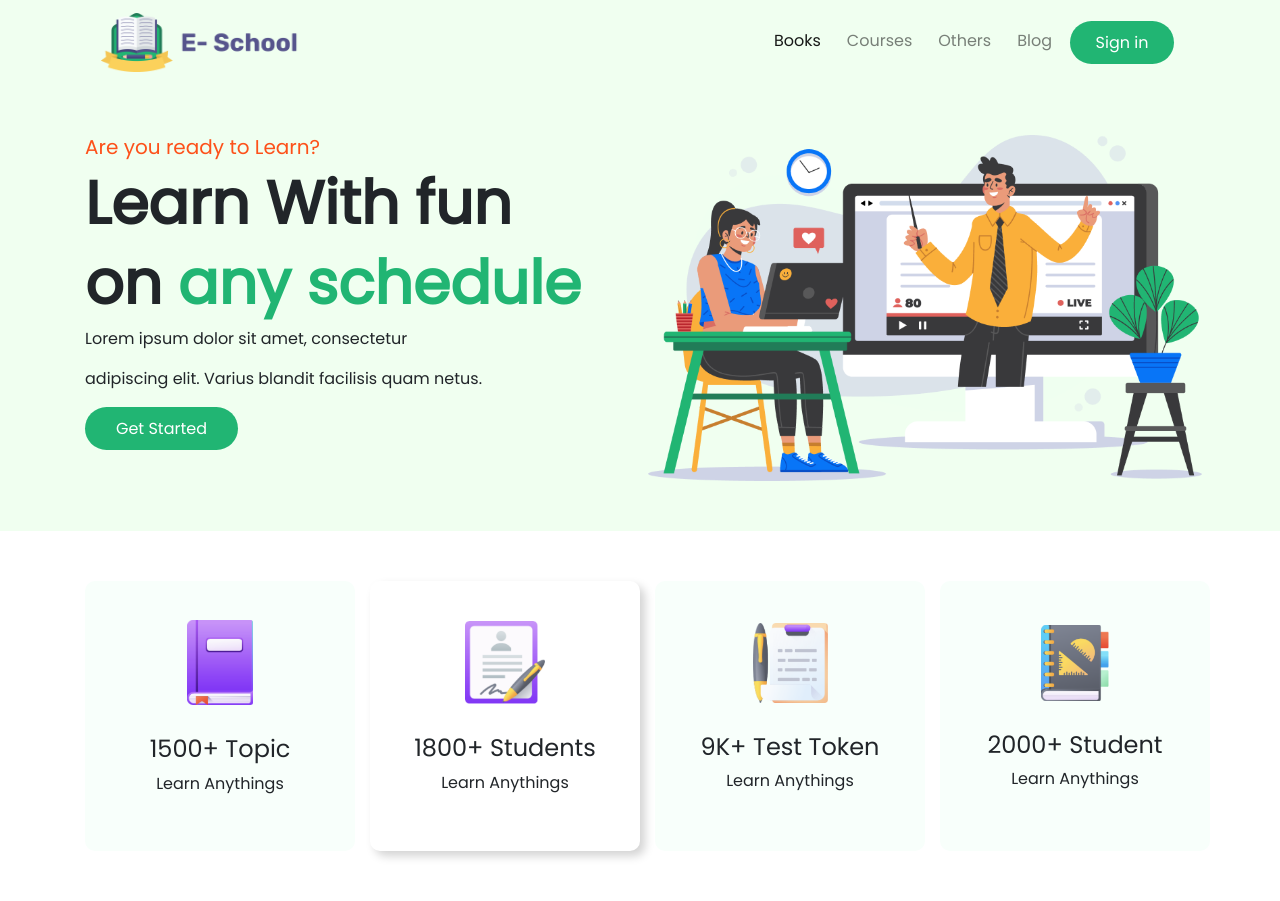
Repository: mohsinfarabi/e-school
Page: index.html
An editor plug-in stored every save of this project. The page is shown before and after the next save, followed by the edit.
The browser window is 1280 px wide. The pictures show the whole page.

Above is the page before, as saved 2020-07-08 18:54:46.

### index.html
<!DOCTYPE html>
<html lang="en">

<head>
    <meta charset="UTF-8">
    <meta name="viewport" content="width=device-width, initial-scale=1.0">
    <link rel="stylesheet" href="css/bootstrap/css/bootstrap.min.css">
    <link rel="stylesheet" href="style.css">
    <link href="https://fonts.googleapis.com/css2?family=Poppins" rel="stylesheet">
    <title>E-School</title>
</head>

<body>
    <section class="top-part">
        <div class="container">
            <nav class="navbar navbar-expand-lg navbar-light bg-transparent">
                <a class="navbar-brand" href="#"><img src="images/icon/Logo.png " alt=" "></a>
                </a>
                <button class="navbar-toggler" type="button" data-toggle="collapse" data-target="#navbarNav" aria-controls="navbarNav" aria-expanded="false" aria-label="Toggle navigation">
                  <span class="navbar-toggler-icon"></span>
                </button>

                <div class="collapse navbar-collapse" id="navbarNav">
                    <ul class="navbar-nav ml-auto">
                        <li class="nav-item active ">
                            <a class="nav-link " href="#books ">Books</a>
                        </li>
                        <li class="nav-item ">
                            <a class="nav-link " href="#courses ">Courses</a>
                        </li>
                        <li class="nav-item ">
                            <a class="nav-link " href="#others ">Others</a>
                        </li>
                        <li class="nav-item ">
                            <a class="nav-link " href="#blog ">Blog</a>
                        </li>
                        <li class="nav-item ">
                            <button class="sign-in">Sign in</button>
                        </li>

                    </ul>
                </div>

            </nav>
        </div>
        <div class="container">
            <div class="row top">
                <div class="col-md-6">

                    <h5>Are you ready to Learn?</h5>
                    <h1>Learn With fun </h1>
                    <h1>on <span class="highlight"> any schedule</span></h1>

                    <p>Lorem ipsum dolor sit amet, consectetur </p>
                    <p>adipiscing elit. Varius blandit facilisis quam netus.</p>

                    <button class="get-started">Get Started</button>

                </div>
                <div class="col-md-6 d-flex justify-content-center">

                    <img src="images/Photos/Illustration.png" alt="">
                </div>
            </div>
        </div>
    </section>

    <div class="container">
        <div class="row">
            <div class="col-md-3">
                <div class="cat1 d-flex flex-column justify-content-center align-items-center">

                    <img src="images/icon/book.png" alt="">

                    <h4>1500+ Topic</h4>
                    <p>Learn Anythings</p>
                </div>
            </div>
            <div class="col-md-3">
                <div class="cat2 d-flex flex-column justify-content-center align-items-center">

                    <img src="images/icon/Student.png" alt="">

                    <h4>1800+ Students</h4>
                    <p>Learn Anythings</p>
                </div>
            </div>
            <div class="col-md-3">
                <div class="cat3 d-flex flex-column justify-content-center align-items-center">

                    <img src="images/icon/Test.png" alt="">

                    <h4>9K+ Test Token</h4>
                    <p>Learn Anythings</p>
                </div>
            </div>
            <div class="col-md-3">
                <div class="cat4 d-flex flex-column justify-content-center align-items-center">

                    <img src="images/icon/Students.png" alt="">

                    <h4>2000+ Student</h4>
                    <p>Learn Anythings</p>

                </div>
            </div>
        </div>
    </div>












    <script src="https://code.jquery.com/jquery-3.5.1.slim.min.js " integrity="sha384-DfXdz2htPH0lsSSs5nCTpuj/zy4C+OGpamoFVy38MVBnE+IbbVYUew+OrCXaRkfj " crossorigin="anonymous "></script>
    <script src="https://cdn.jsdelivr.net/npm/popper.js@1.16.0/dist/umd/popper.min.js " integrity="sha384-Q6E9RHvbIyZFJoft+2mJbHaEWldlvI9IOYy5n3zV9zzTtmI3UksdQRVvoxMfooAo " crossorigin="anonymous "></script>
    <script src="https://stackpath.bootstrapcdn.com/bootstrap/4.5.0/js/bootstrap.min.js " integrity="sha384-OgVRvuATP1z7JjHLkuOU7Xw704+h835Lr+6QL9UvYjZE3Ipu6Tp75j7Bh/kR0JKI " crossorigin="anonymous "></script>
</body>

</html>

### style.css
body {
    font-family: 'Poppins', sans-serif;
}

.container {
    margin-bottom: 50px;
}

.top-part {
    background-color: #F0FFF0;
}

.bg-light {
    background-color: #F0FFF0;
}

.navbar img {
    width: 198.07px;
    height: 59px;
}

.nav-item {
    padding: 5px;
    color: black;
}

.sign-in {
    width: 104px;
    height: 43px;
    border: none;
    background: #21B573;
    border-radius: 33px;
    color: white;
}

.top {
    padding-bottom: 50px;
}

.top h5 {
    color: #FD511A;
}

.top h1 {
    font-weight: 900;
    font-size: 60px;
}

.top img {
    width: 554px;
    height: 346px;
}

.highlight {
    color: #21B573;
}

.get-started {
    width: 153px;
    height: 43px;
    border: none;
    background: #21B573;
    border-radius: 33px;
    color: white;
}

.cat h4 {
    font-weight: 700;
}

.cat1,
.cat2,
.cat3,
.cat4 {
    width: 270px;
    height: 270px;
    padding: 10px 30px;
    border-radius: 10px;
    border: none;
}

.cat2 {
    box-shadow: 5px 5px 10px lightgray;
}

.cat1,
.cat3,
.cat4 {
    background-color: #F8FFFB;
}

.cat1 img {
    width: 66px;
    height: 85px;
    margin-bottom: 30px;
}

.cat2 img {
    width: 80px;
    height: 83px;
    margin-bottom: 30px;
}

.cat3 img {
    width: 75px;
    height: 80px;
    margin-bottom: 30px;
}

.cat4 img {
    width: 68px;
    height: 76px;
    margin-bottom: 30px;
}

Loaded but not shown: css/bootstrap/css/bootstrap.min.css (library)

After the next save:
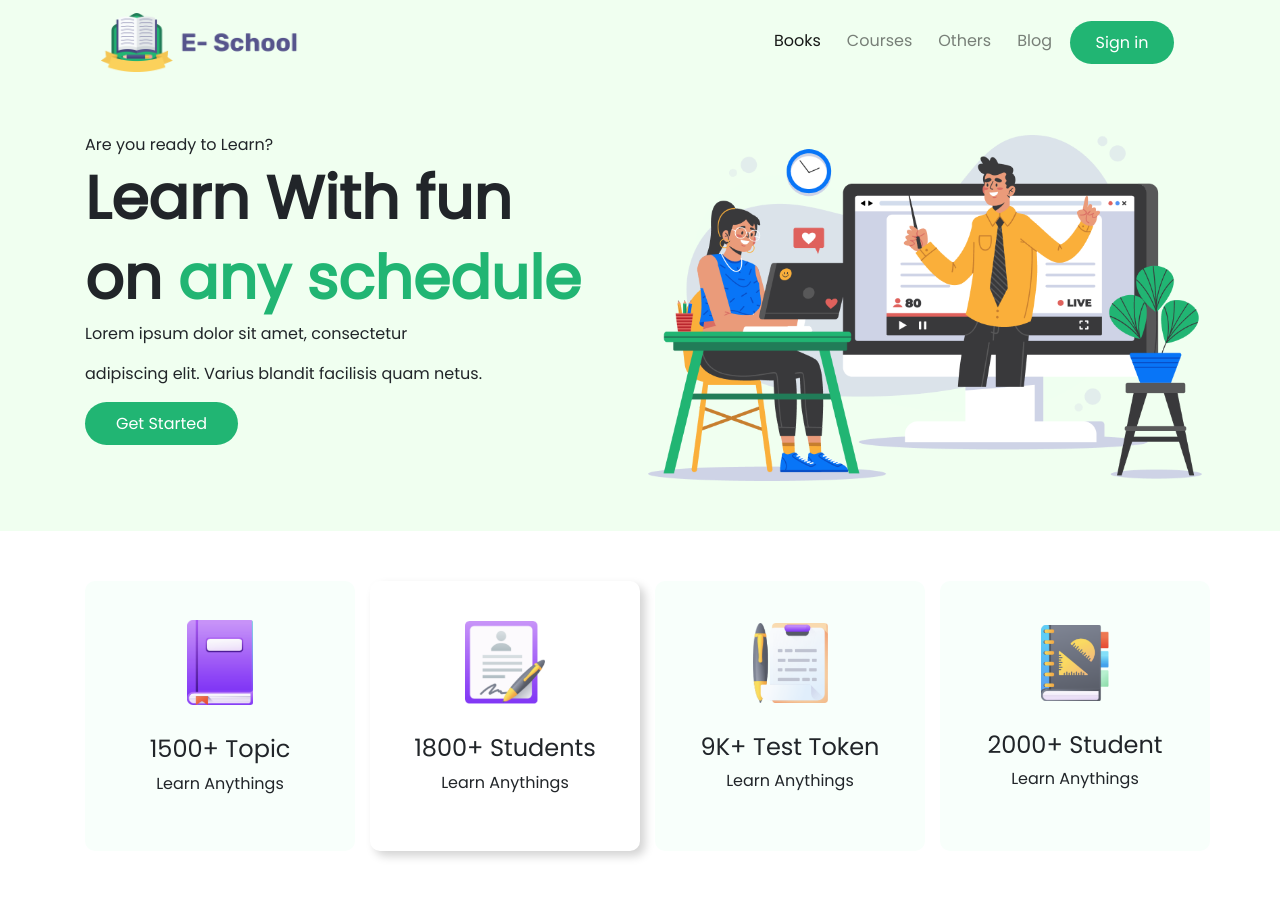
Saved 44 s later.
--- a/index.html
+++ b/index.html
@@ -47,7 +47,7 @@
             <div class="row top">
                 <div class="col-md-6">
 
-                    <h5>Are you ready to Learn?</h5>
+                    <h6>Are you ready to Learn?</h6>
                     <h1>Learn With fun </h1>
                     <h1>on <span class="highlight"> any schedule</span></h1>
 

After the save that followed:
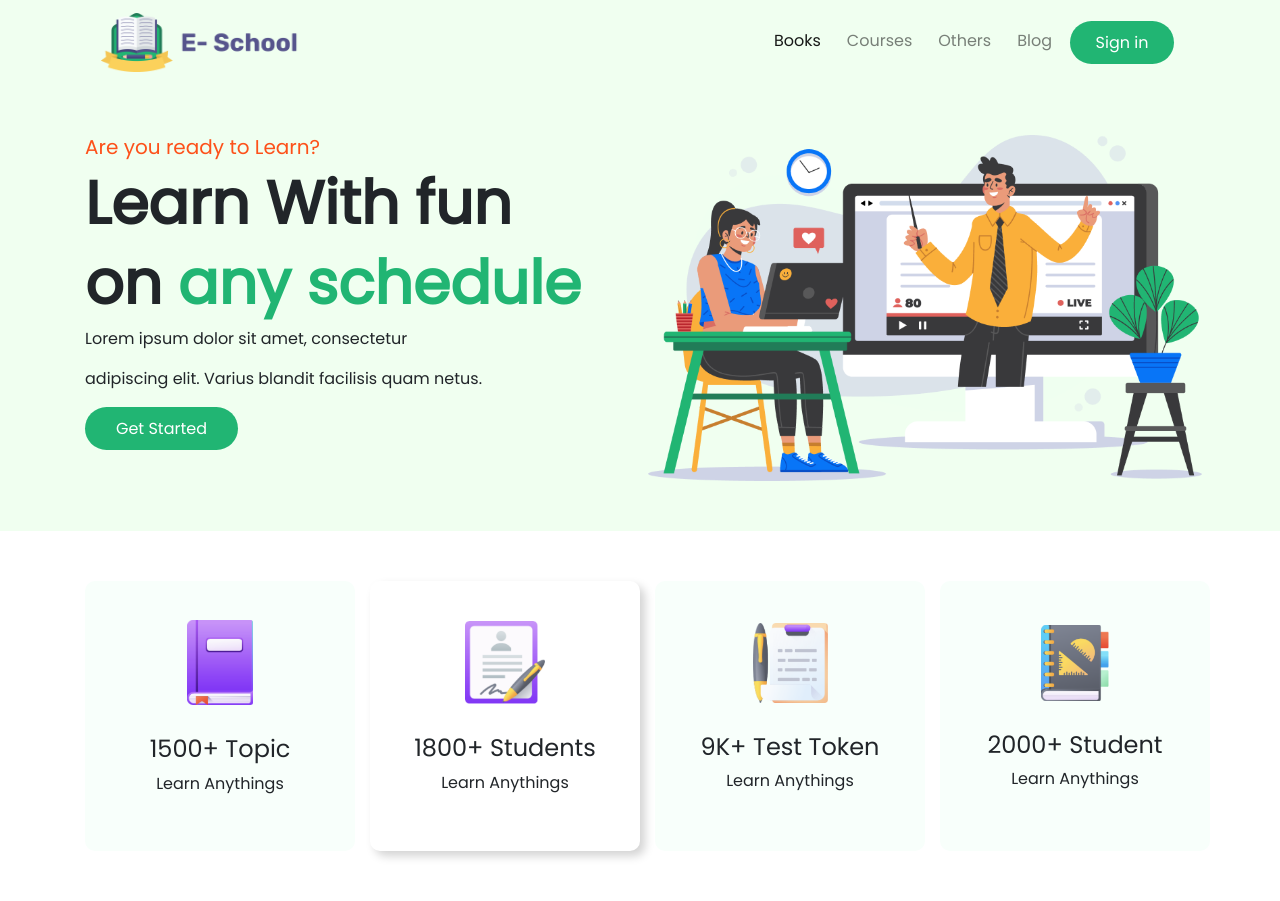
Saved 8 s later.
--- a/index.html
+++ b/index.html
@@ -47,7 +47,7 @@
             <div class="row top">
                 <div class="col-md-6">
 
-                    <h6>Are you ready to Learn?</h6>
+                    <h5>Are you ready to Learn?</h5>
                     <h1>Learn With fun </h1>
                     <h1>on <span class="highlight"> any schedule</span></h1>
 
